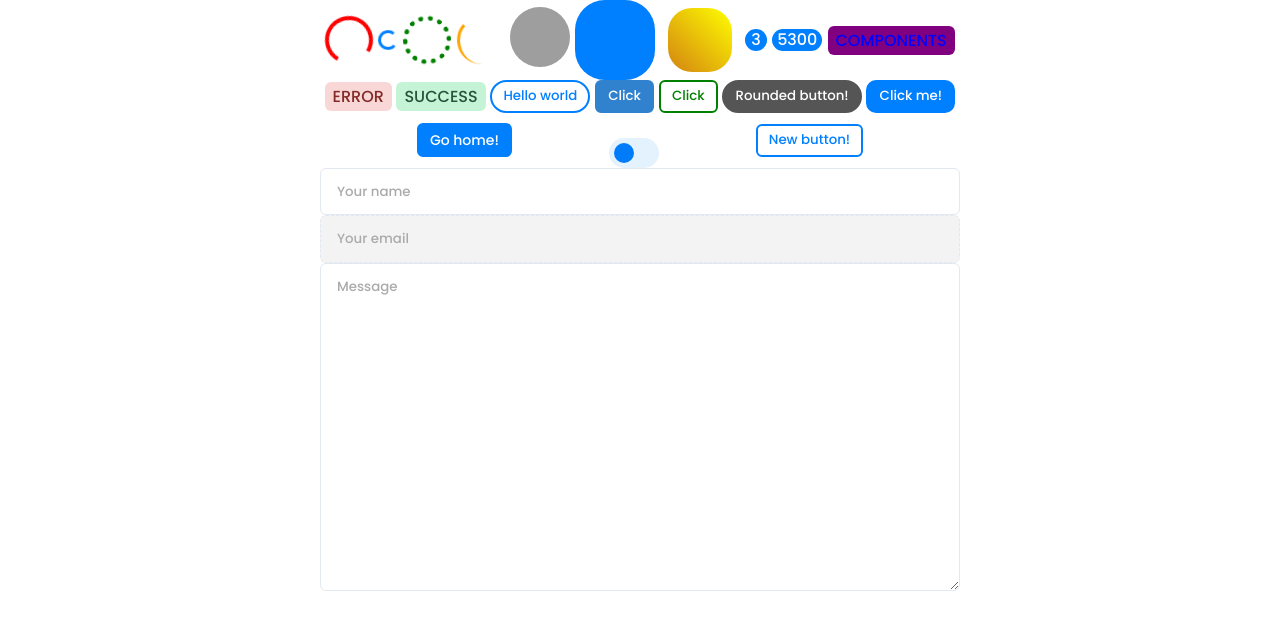
Repository: langf00rd/milky-ui
Page: / (app in example/)
The author's editor kept a copy of each file at every save. The page is drawn from the files as they stood at one save, then again after the next save.
The browser window is 1280 px wide. The pictures show the whole page.
Pictures or frames that could not be fetched are drawn as grey boxes. The project was rebuilt for these pictures with package versions that can differ from the ones it lists, and the page was loaded fresh each time.

Above is the page before, as saved 2022-08-12 13:50:09.

After the next save:
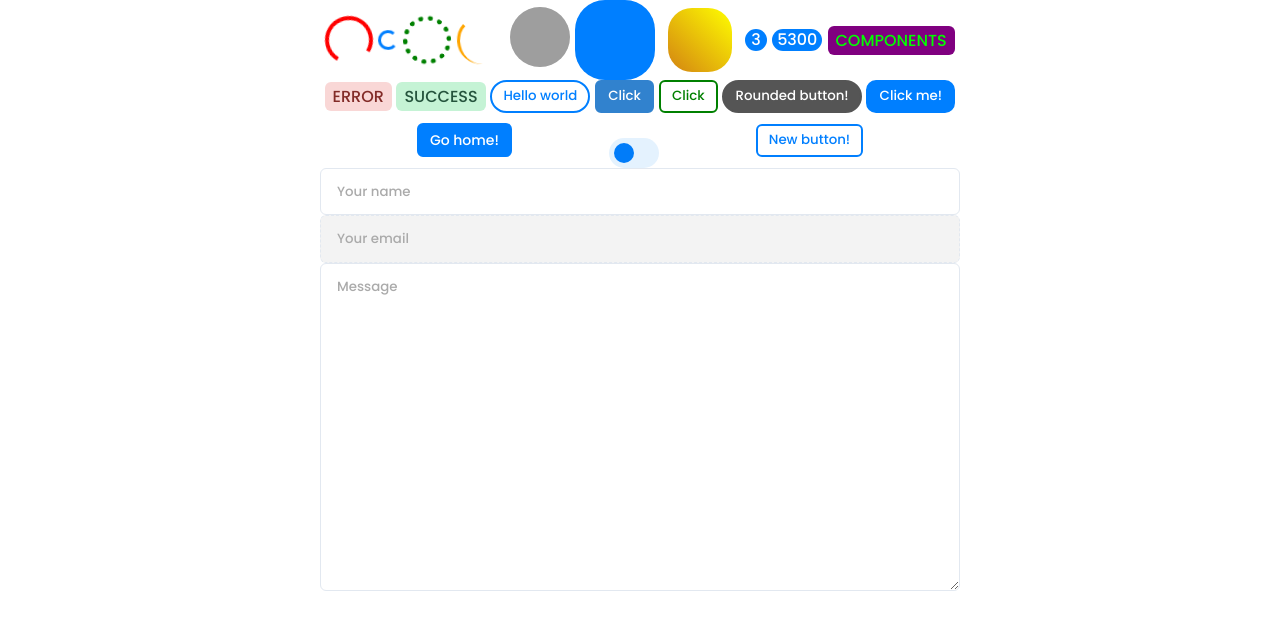
Saved 7 s later.
--- a/example/src/App.js
+++ b/example/src/App.js
@@ -27,7 +27,7 @@ const App = () => {
               size="80px" />
       <Badge label="3" />
       <Badge label="5300" />
-      <Label color='blue' bg='purple' text='COMPONENTS' />
+      <Label color='lime' bg='purple' text='COMPONENTS' />
       <Label type='error' text='ERROR' />
       <Label type='success' text='SUCCESS' />
       <OutlineButton label={"Hello world"} radius={"1000px"} hoverColor={"red"} />
